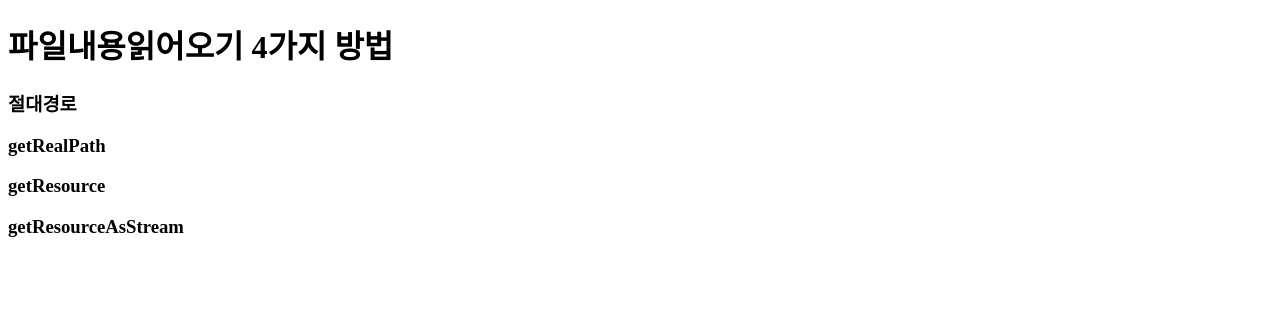
Repository: parkmyounghoi/20201113
Page: http://localhost/20201110/readapp.jsp
These files come from the project's save history. The page is drawn as it stood at one moment and after a run of saves; the edit follows.
The browser window is 1280 px wide. The pictures show the whole page.
The page is served by Tomcat 9.

Above is the page before, as saved 2020-11-10 01:38:31.

After the next 3 saves:
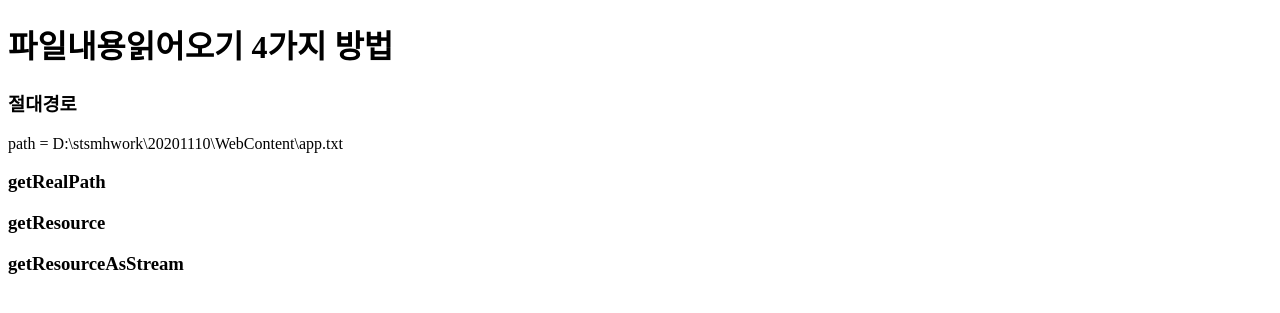
The 3 saves are shown as one change because they came seconds apart.
The last was saved 37 s later.
--- a/20201110/WebContent/readapp.jsp
+++ b/20201110/WebContent/readapp.jsp
@@ -12,8 +12,7 @@
 <h3>절대경로</h3>
 <%
 	String path = "D:\\stsmhwork\\20201110\\WebContent\\app.txt";
-
-
+	out.println("path = "+ path);
 
 %>
 
